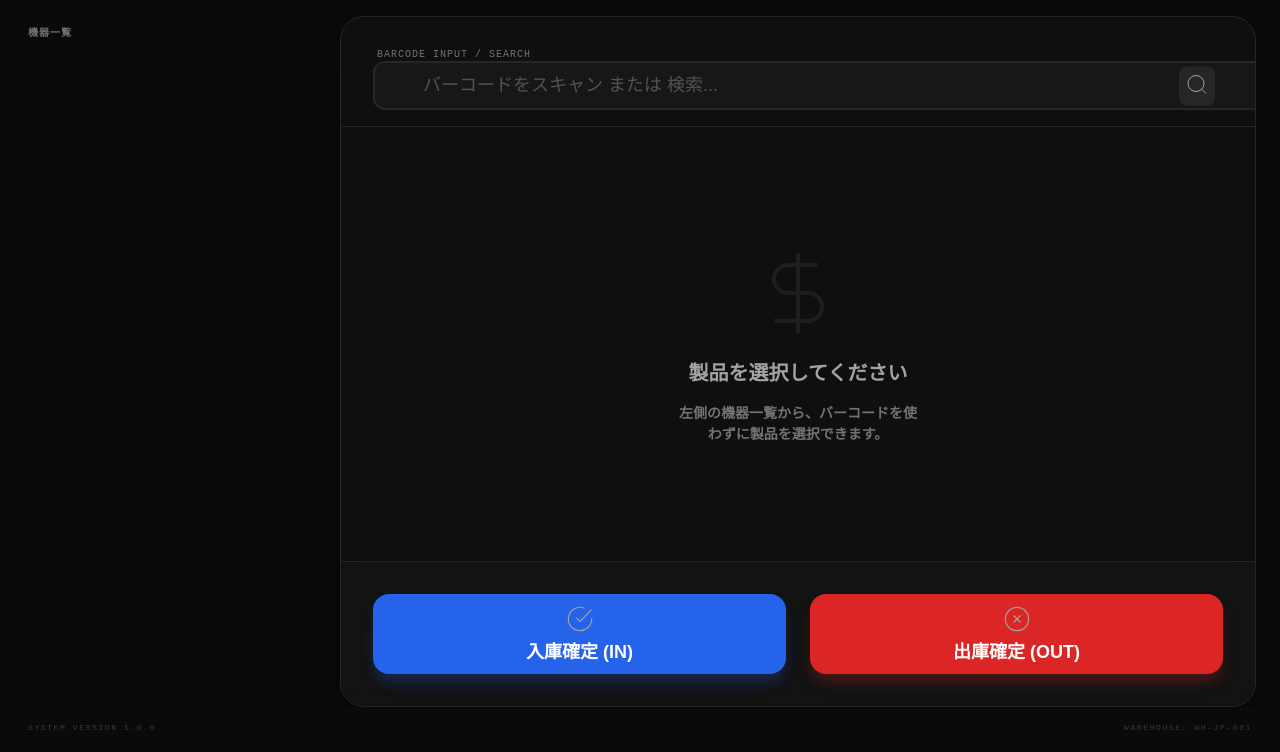
Repository: t-morika/Souko2_app
Page: index-list.html
These files come from the project's save history. The page is drawn as it stood at one moment and after a run of saves; the edit follows.
The browser window is 1280 px wide. The pictures show the whole page.
The page's requests for data from a server got no answer.

Above is the page before, as saved 2026-04-30 10:42:58.
Not found: static/style-list.css

After the next 2 saves:
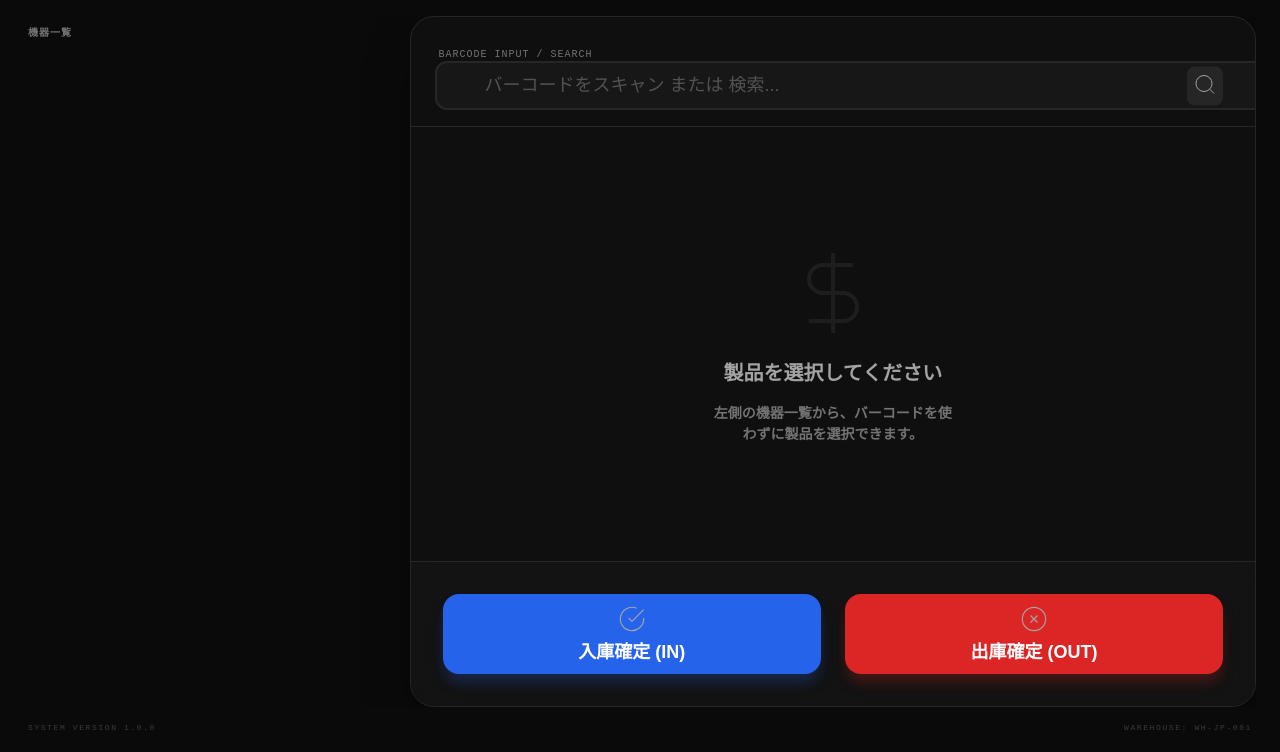
The 2 saves are shown as one change because they came seconds apart.
The last was saved 4 min 8 s later.
--- a/style.css
+++ b/style.css
@@ -56,8 +56,9 @@
 }
 
 .product-panel-barcode {
-    padding: 1.5rem 2rem 1rem;
+    padding: 1.5rem 1.5rem 1rem 1.5rem;
     border-bottom: 1px solid #262626;
+    box-sizing: border-box;
 }
 
 .barcode-input::placeholder {
@@ -92,7 +93,7 @@
 .main {
     flex: 1;
     display: grid;
-    grid-template-columns: 300px 1fr;
+    grid-template-columns: minmax(20rem, 30%) 1fr;
     gap: 1rem;
     overflow: hidden;
 }

After the 4 saves that followed:
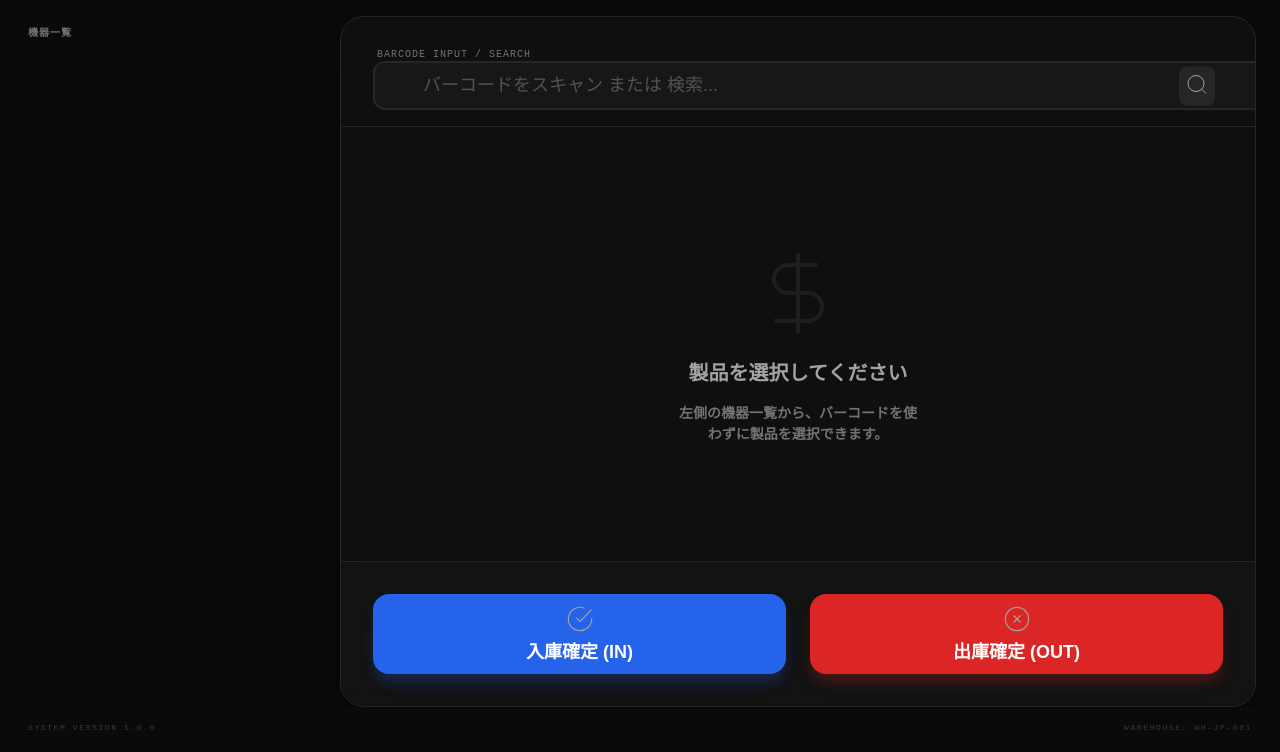
The 4 saves are shown as one change because 3 left the picture as it was.
The last was saved 38 s later.
--- a/style.css
+++ b/style.css
@@ -56,9 +56,8 @@
 }
 
 .product-panel-barcode {
-    padding: 1.5rem 1.5rem 1rem 1.5rem;
+    padding: 1.5rem 2rem 1rem;
     border-bottom: 1px solid #262626;
-    box-sizing: border-box;
 }
 
 .barcode-input::placeholder {
@@ -93,7 +92,7 @@
 .main {
     flex: 1;
     display: grid;
-    grid-template-columns: minmax(20rem, 30%) 1fr;
+    grid-template-columns: 300px 1fr;
     gap: 1rem;
     overflow: hidden;
 }
